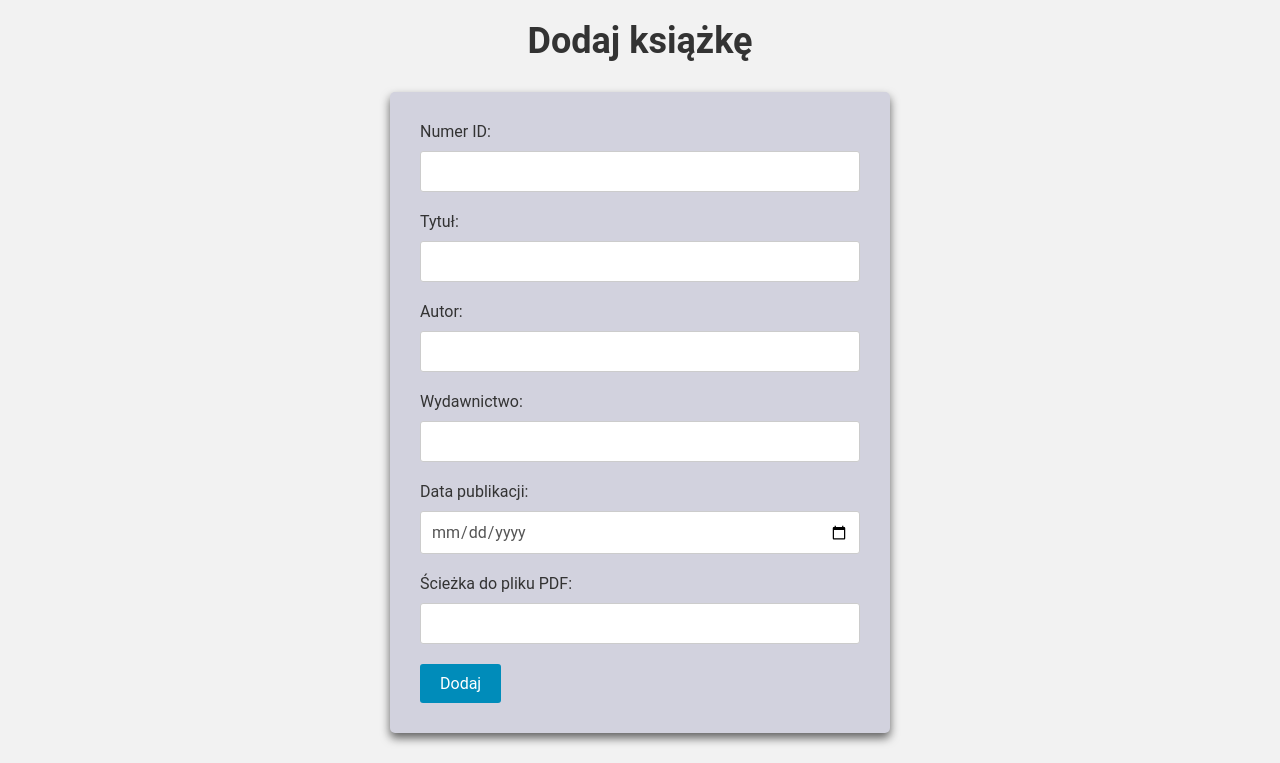
Repository: Dominik098/projekt
Page: http://localhost/biblioteka/Dodaj_ksiazke.jsp
An editor plug-in stored every save of this project. The page is shown before and after the next save, followed by the edit.
The browser window is 1280 px wide. The pictures show the whole page.
The page is served by Tomcat 9. Other server files are loaded and not shown.

Above is the page before, as saved 2023-05-02 11:10:29.

### java projekt/biblioteka/src/main/webapp/Dodaj_ksiazke.jsp
<%@ page language="java" contentType="text/html; charset=UTF-8" pageEncoding="UTF-8"%>
<!DOCTYPE html>
<html>
<head>
    <meta charset="UTF-8">
    <title>Dodaj książkę</title>

    <style>

    /* Ustawienia ogólne */
* {
  box-sizing: border-box;
  font-family: 'Roboto', sans-serif;
  font-size: 16px;
}

body {
  margin: 0;
  background-color: #f2f2f2;
}

h1 {
  text-align: center;
  margin-top: 20px;
  font-size: 36px;
  color: #333;
}

form {
  width: 90%;
  max-width: 500px;
  margin: 30px auto;
  background-color: rgb(210, 210, 222);
  padding: 30px;
  border-radius: 5px;
  box-shadow: 0 5px 10px rgba(0, 0, 0, 0.6);
}

label {
  display: block;
  margin-bottom: 10px;
  color: #333;
}

input[type="text"],
input[type="date"] {
  width: 100%;
  padding: 10px;
  border: 1px solid #ccc;
  border-radius: 3px;
  font-size: 16px;
  color: #555;
  margin-bottom: 20px;
}

button[type="submit"] {
  background-color: #008CBA;
  color: #fff;
  border: none;
  padding: 10px 20px;
  font-size: 16px;
  border-radius: 3px;
  cursor: pointer;
  transition: background-color 0.3s ease;
}

button[type="submit"]:hover {
  background-color: #006B8E;
}

    </style>
</head>
<body>
    <h1>Dodaj książkę</h1>
    <form method="post" action="DodajKsiazkeServlet">
        <label for="numerId">Numer ID:</label>
        <input type="text" id="numerId" name="numerId" required><br>
        <label for="tytul">Tytuł:</label>
        <input type="text" id="tytul" name="tytul" required><br>
        <label for="autor">Autor:</label>
        <input type="text" id="autor" name="autor" required><br>
        <label for="wydawnictwo">Wydawnictwo:</label>
        <input type="text" id="wydawnictwo" name="wydawnictwo" required><br>
        <label for="dataPublikacji">Data publikacji:</label>
        <input type="date" id="dataPublikacji" name="dataPublikacji" required><br>
        <label for="pdf">Ścieżka do pliku PDF:</label>
        <input type="text" id="pdf" name="pdf" required><br>
        <button type="submit">Dodaj</button>
    </form>
</body>
</html>

After the next save:
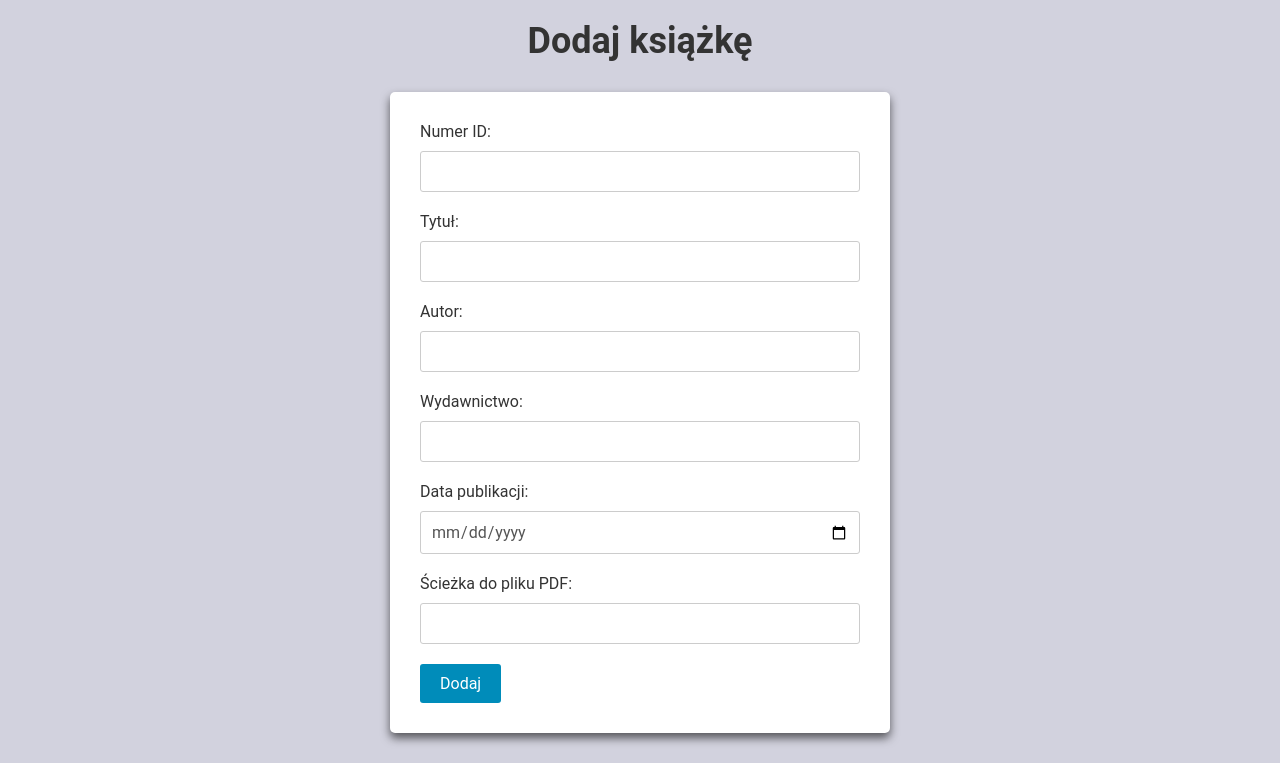
Saved 31 s later.
--- a/java projekt/biblioteka/src/main/webapp/Dodaj_ksiazke.jsp
+++ b/java projekt/biblioteka/src/main/webapp/Dodaj_ksiazke.jsp
@@ -16,7 +16,7 @@
 
 body {
   margin: 0;
-  background-color: #f2f2f2;
+  background-color:  rgb(210, 210, 222);
 }
 
 h1 {
@@ -30,7 +30,7 @@ form {
   width: 90%;
   max-width: 500px;
   margin: 30px auto;
-  background-color: rgb(210, 210, 222);
+  background-color: #fff;
   padding: 30px;
   border-radius: 5px;
   box-shadow: 0 5px 10px rgba(0, 0, 0, 0.6);
